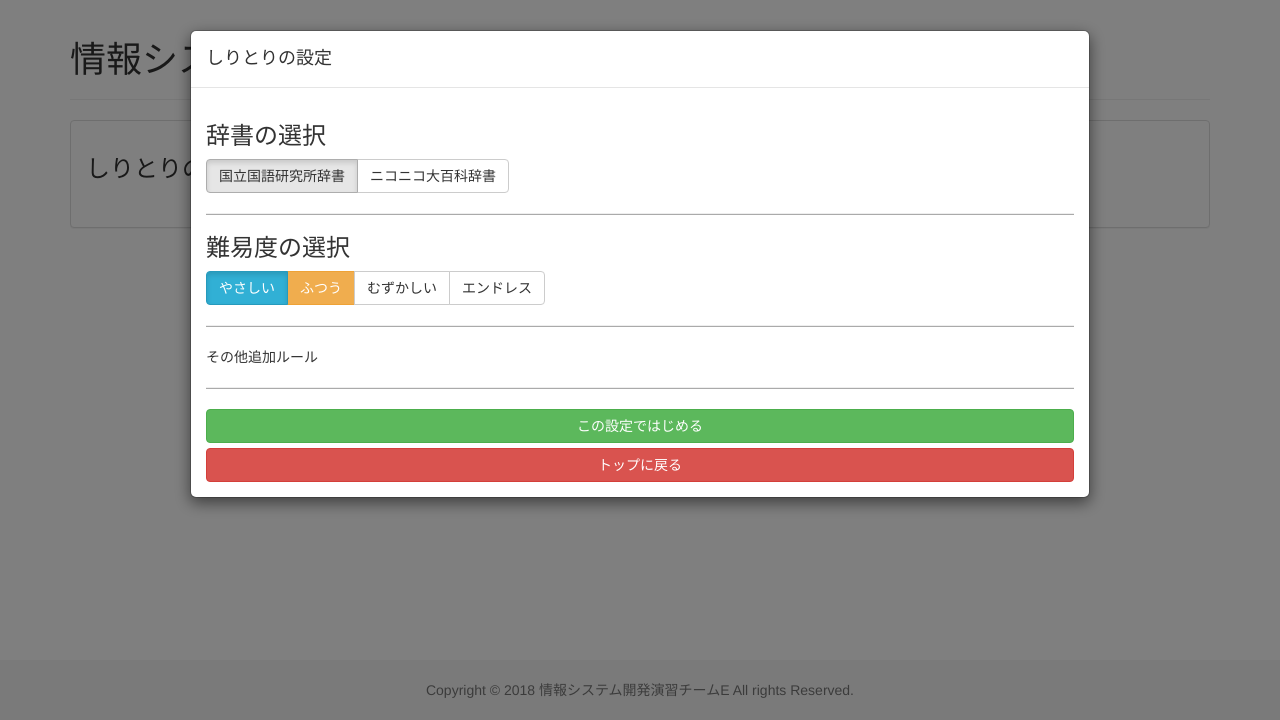
Repository: yousukeimura/attend_app
Page: system/tail2nose.html
The author's editor kept a record of every edit. The page is drawn from the files as they stood at one moment, then again after the next edit.
The browser window is 1280 px wide. The pictures show the whole page.

Above is the page before.

### system/tail2nose.html
<!DOCTYPE html>
<html lang=ja  dir="ltr">
  <head>
    <meta charset="utf-8">
  	<meta http-equiv="X-UA-Compatible" content="IE=edge">
  	<meta name="viewport" content="width=device-width, initial-scale=1">
  	<title>情報システム開発演習</title>
  	<link href="./static/css/sticky-footer.css" rel="stylesheet">
  	<link href="./static/css/bootstrap.min.css" rel="stylesheet">
  	<link href="./static/css/bootstrapMyConf.css" rel="stylesheet">

  	<!--[if lt IE 9]>
  		<script src="/static/js/IE9/html5shiv.min.js"></script>
  		<script src="/static/js/IE9/respond.min.js"></script>

  	<![endif]-->



  </head>
  <body>

    	<script src="./static/js/jquery.min.js"></script>
    	<script src="./static/js/bootstrap.min.js"></script>
      <script src="./static/js/get_dic_level.js"></script>

    	<div class="container">
    		<div class="page-header topLink">
    				<h1>情報システム開発演習<small> WEB Application</small></h1>
    		</div>




    		<div class="panel panel-default">

    			<div class="panel-body">
            <h3>しりとりの表示場所<small> WEB Application</small></h3><br>
    			</div>
    		</div>



    		<!-- 設定モーダル -->
    		<div class="modal" id="profileModal" tabindex="-1">
    			<div class="modal-dialog modal-lg">
    				<div class="modal-content">
    					<div class="modal-header">
    						<h4 class="modal-title">しりとりの設定</h4>
    					</div>
    					<div class="modal-body">
                <h3>辞書の選択</h3>
                <div class="btn-group" data-toggle="buttons">
	                 <label class="btn btn-default active" name="dic0" value='dic0'>
                     <input type="radio" autocomplete="off" checked> 国立国語研究所辞書
                   </label>
	                 <label class="btn btn-default" name="dic1" value='dic1'>
		                 <input type="radio" autocomplete="off"> ニコニコ大百科辞書
                   </label>
                </div>
                <hr>
                <h3>難易度の選択</h3>
                <div class="btn-group" data-toggle="buttons">
	                 <label class="btn btn-info active" name="lev0">
                     <input type="radio" autocomplete="off" checked> やさしい
                   </label>
	                 <label class="btn btn-warning" name="lev1">
		                 <input type="radio" autocomplete="off"> ふつう
                   </label>
                   <label class="btn btn-default" name="lev2">
                     <input type="radio" autocomplete="off"> むずかしい
                    </label>
                    <label class="btn btn-default" name="lev3">
                      <input type="radio" autocomplete="off"> エンドレス
                    </label>
                </div>
                <hr>
                その他追加ルール
                <hr>
    						<div id="dataNum"></div>

    						<button id="learnBtn" type="button" data-dismiss="modal" class="btn btn-success  btn-block" onClick="show()">この設定ではじめる</button>
    						<button id="cancel" type="button"  class="btn btn-danger btn-block" onclick="location.href='./index.html'">トップに戻る</button>

    						<div id="fListTable"></div>
    					</div>
    				</div>
    			</div>
    		</div>
    		<!-- /削除モーダル -->




    	</div>

    	<footer class="footer">
    	  <div class="container">
    	    <p class="text-muted text-center">Copyright © 2018 情報システム開発演習チームE All rights Reserved.</p>
    	  </div>
    	</footer>


  </body>
  <script>

  $(function(){
    $(window).on('load',function(){
      $('#profileModal').modal(
			     {backdrop: "static",}
		  );
      window.onbeforeunload = function(event){
        event = event || window.event;
        event.returnValue = 'ページから移動しますか？';
      }
    });
  })


  </script>

</html>

### system/static/css/bootstrapMyConf.css
.main{
	padding-bottom: 60px;
}

.addForm{
	margin-right: 50px
}

.container {
	max-width: 100%;
}


hr {
	height: 1px;
	background-color: #AAAAAA;
}

.table > tbody > tr > th,
.table > tfoot > tr > th,
.table > thead > tr > th {
  vertical-align: middle;
	table-layout: fixed;
  text-align: center;
}

<<<<<<< HEAD
.test {
	padding:20px;
	color: #FFFFFF;
	background-color: #45C505;
	border-radius: 10px;
	display: inline-block;
}

=======
>>>>>>> 80bc2f5728b4b5dc2a827c022eda1fe7c6168082


.topLink {color: #333333;
  text-decoration: none;
}
.topLink:hover {color: #333333;
}

### system/static/js/get_dic_level.js
function show() {
var active = document.getElementsByClassName("active");


console.log(active);
}

Loaded but not shown: system/static/css/sticky-footer.css (common file); system/static/css/bootstrap.min.css (library); system/static/js/jquery.min.js (library); system/static/js/bootstrap.min.js (library)

After the next edit:
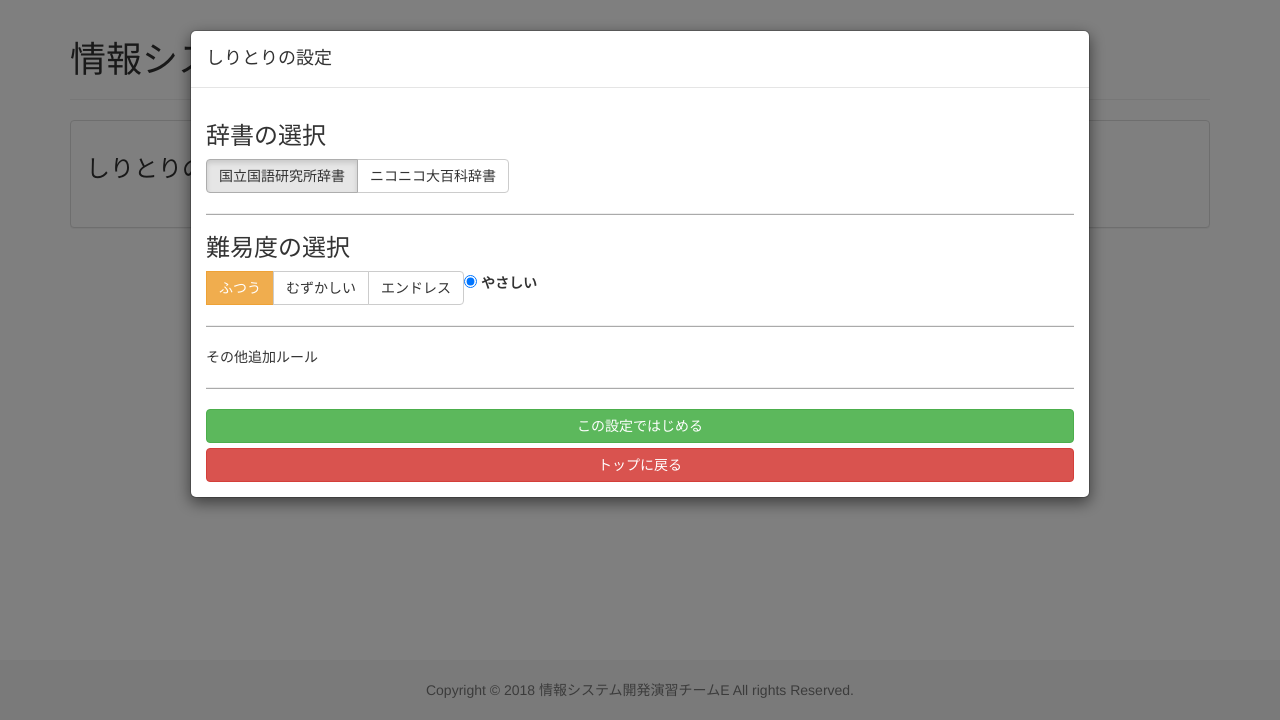
The edit:
--- a/system/tail2nose.html
+++ b/system/tail2nose.html
@@ -61,7 +61,7 @@
                 <hr>
                 <h3>難易度の選択</h3>
                 <div class="btn-group" data-toggle="buttons">
-	                 <label class="btn btn-info active" name="lev0">
+	                 <label id="btn btn-info active" name="lev0">
                      <input type="radio" autocomplete="off" checked> やさしい
                    </label>
 	                 <label class="btn btn-warning" name="lev1">

After the edit that followed:
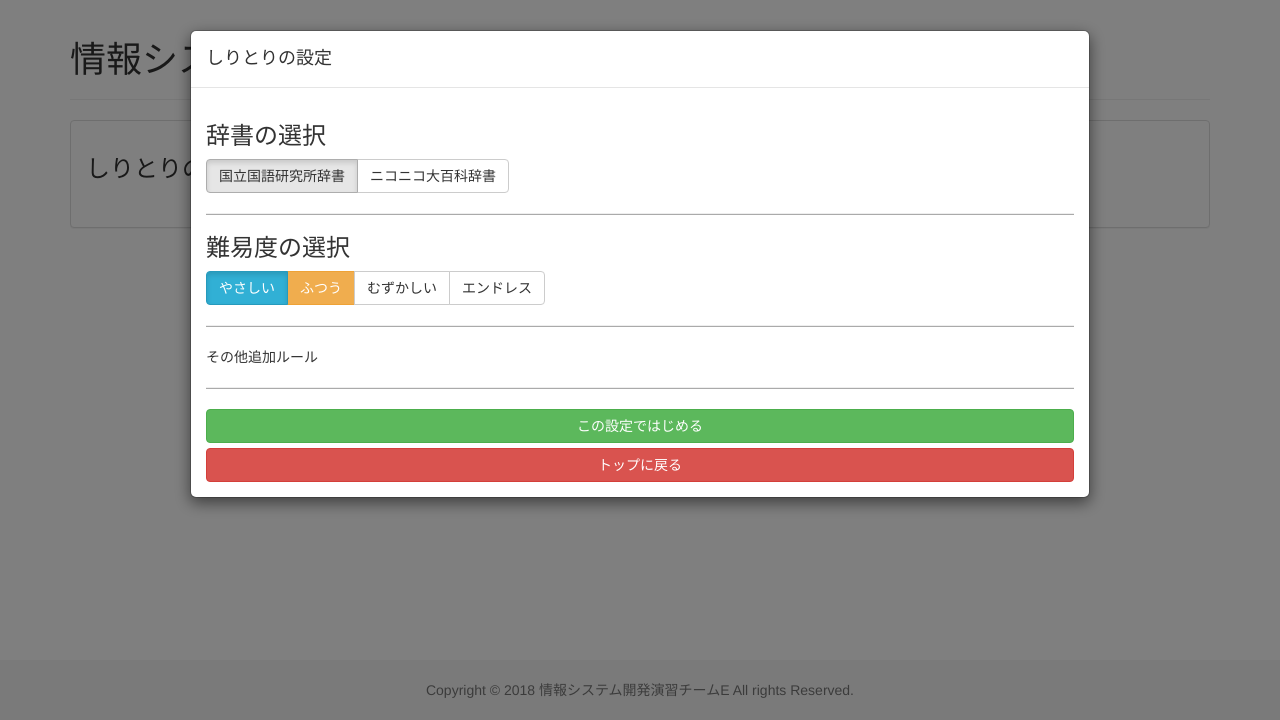
The edit:
--- a/system/tail2nose.html
+++ b/system/tail2nose.html
@@ -61,7 +61,7 @@
                 <hr>
                 <h3>難易度の選択</h3>
                 <div class="btn-group" data-toggle="buttons">
-	                 <label id="btn btn-info active" name="lev0">
+	                 <label class="btn btn-info active" name="lev0">
                      <input type="radio" autocomplete="off" checked> やさしい
                    </label>
 	                 <label class="btn btn-warning" name="lev1">
